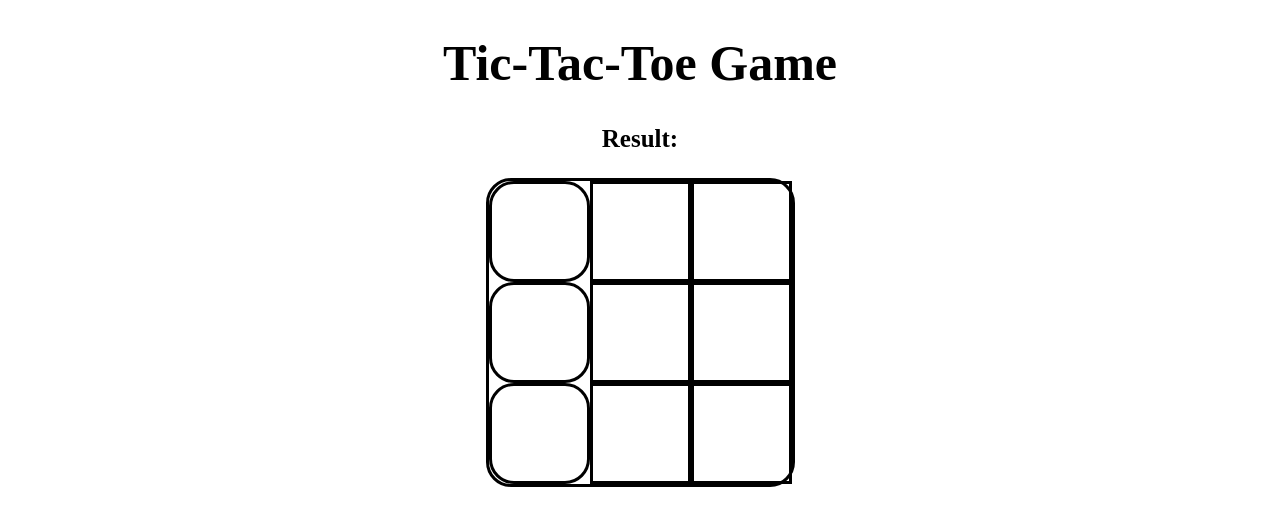
Repository: 0101chaitanya/Tic-Tac-Toe
Page: index.html
These files come from the project's save history. The page is drawn as it stood at one moment and after the next save; the edit follows.
The browser window is 1280 px wide. The pictures show the whole page.

Above is the page before, as saved 2021-06-09 18:24:07.

### index.html
<!DOCTYPE html>
<html>
    <head>
<meta charset="utf-8">
<title>Tic-Tac-Toe Game</title>
<link rel="stylesheet" href="styles.css">
    </head>
<body>
    <h1 id="heading">Tic-Tac-Toe Game</h1>

    <div id = "Output">
        <p  >Result:</p>
    </div>
    <div id = "gameSquare">

    <div id = "row1">
    <div class = "r1Column"></div>
    <div class = "rlColumn"></div>
    <div class = "rlColumn"></div>
</div>
<div id = "row2">
    <div class = "r2Column"></div>
    <div class = "r2Column"></div>
    <div class = "r2Column"></div>
</div>
<div id = "row3">
    <div class = "r3Column"></div>
    <div class = "r3Column"></div>
    <div class = "r3Column"></div>
</div>
</div>
</body>
<script type="text/javascript" src="script.js"></script>
</html>

### styles.css
:root{
    text-align: center;
font-weight: bold;
}
@media  screen and (max-width: 400px){
    :root{
        font-size: 14px;
}

}
@media  screen and (min-width: 401px) and (max-width: 700px){
    :root{
        font-size: 18px;
}


}@media  screen and (min-width: 701px) {
    :root{
        font-size:25px;
}

}

#gameSquare{
     border-style: solid;
     border-radius: 1rem;
     width:min-content;
    height:min-content;
    display:block;
    margin:auto;
}
#gameSquare>div:nth-child(n){
    /* border-style: solid;
     */width:min-content;
    height:min-content;
    display:flex;
    justify-content:center;
    align-items:center;
}
#gameSquare>div:nth-child(n)>div:nth-child(n){
    display:block;
    margin: auto;
    width:3.8rem;
    height:3.8rem;
border-style:solid;
border-width: 0.15rem;
}
#gameSquare>div:nth-child(n)>div:nth-child(1){
    border-radius: 1rem;

}

### script.js
/* (function(){
let
})(); */

After the next save:
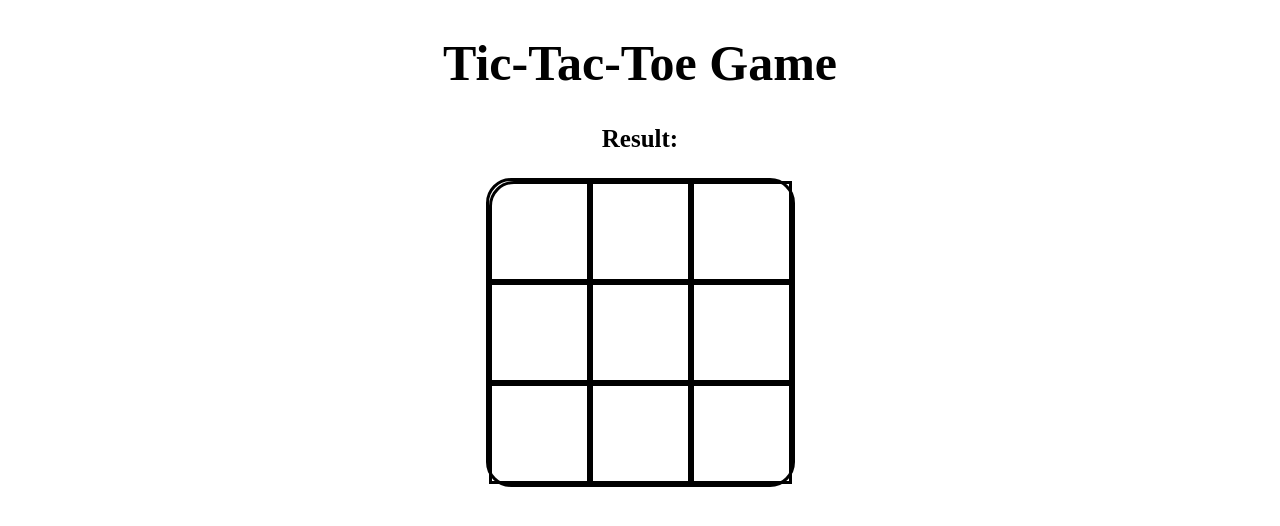
Saved 30 s later.
--- a/styles.css
+++ b/styles.css
@@ -45,7 +45,7 @@ font-weight: bold;
 border-style:solid;
 border-width: 0.15rem;
 }
-#gameSquare>div:nth-child(n)>div:nth-child(1){
-    border-radius: 1rem;
+#gameSquare>div:nth-child(1)>div:nth-child(1){
+    border-top-left-radius : 1rem;
 
 }
